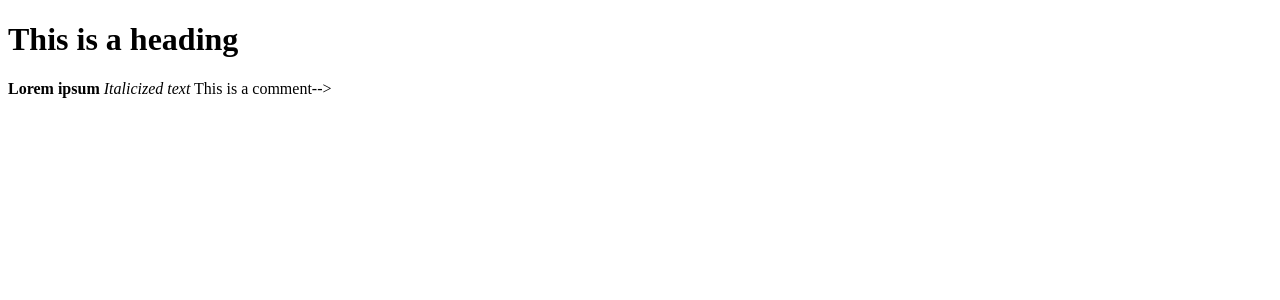
Repository: j0vesday/git_test
Page: html-boilerplate/index.html
These files come from the project's save history. The page is drawn as it stood at one moment and after the next save; the edit follows.
The browser window is 1280 px wide. The pictures show the whole page.

Above is the page before, as saved 2024-09-25 01:24:45.

### html-boilerplate/index.html
<!DOCTYPE html>
<html lang="en">
<head>
    <meta charset="UTF-8">
    <meta name="viewport" content="width=device-width, initial-scale=1.0">
    <title>Document</title>
</head>
<body>
    <h1> This is a heading </h1>
    <strong> Lorem ipsum</strong>
    <em>Italicized text</em>
<!---->This is a comment-->
</body>
</html>

After the next save:
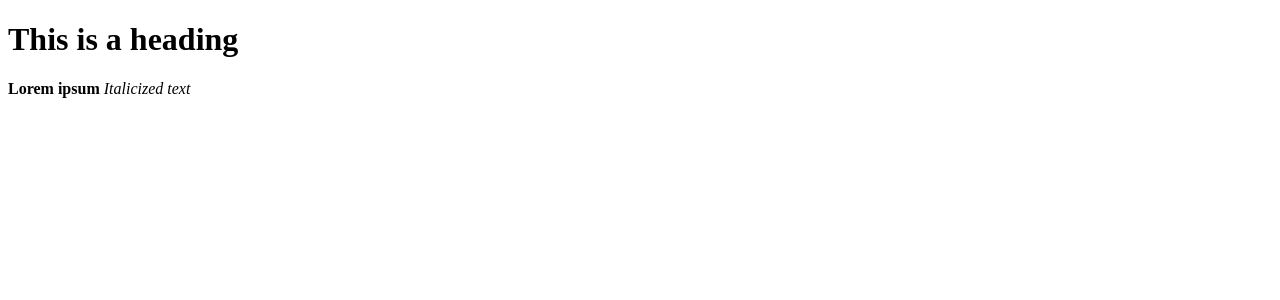
Saved 49 s later.
--- a/html-boilerplate/index.html
+++ b/html-boilerplate/index.html
@@ -9,6 +9,6 @@
     <h1> This is a heading </h1>
     <strong> Lorem ipsum</strong>
     <em>Italicized text</em>
-<!---->This is a comment-->
+<!--This is a comment-->
 </body>
 </html>
